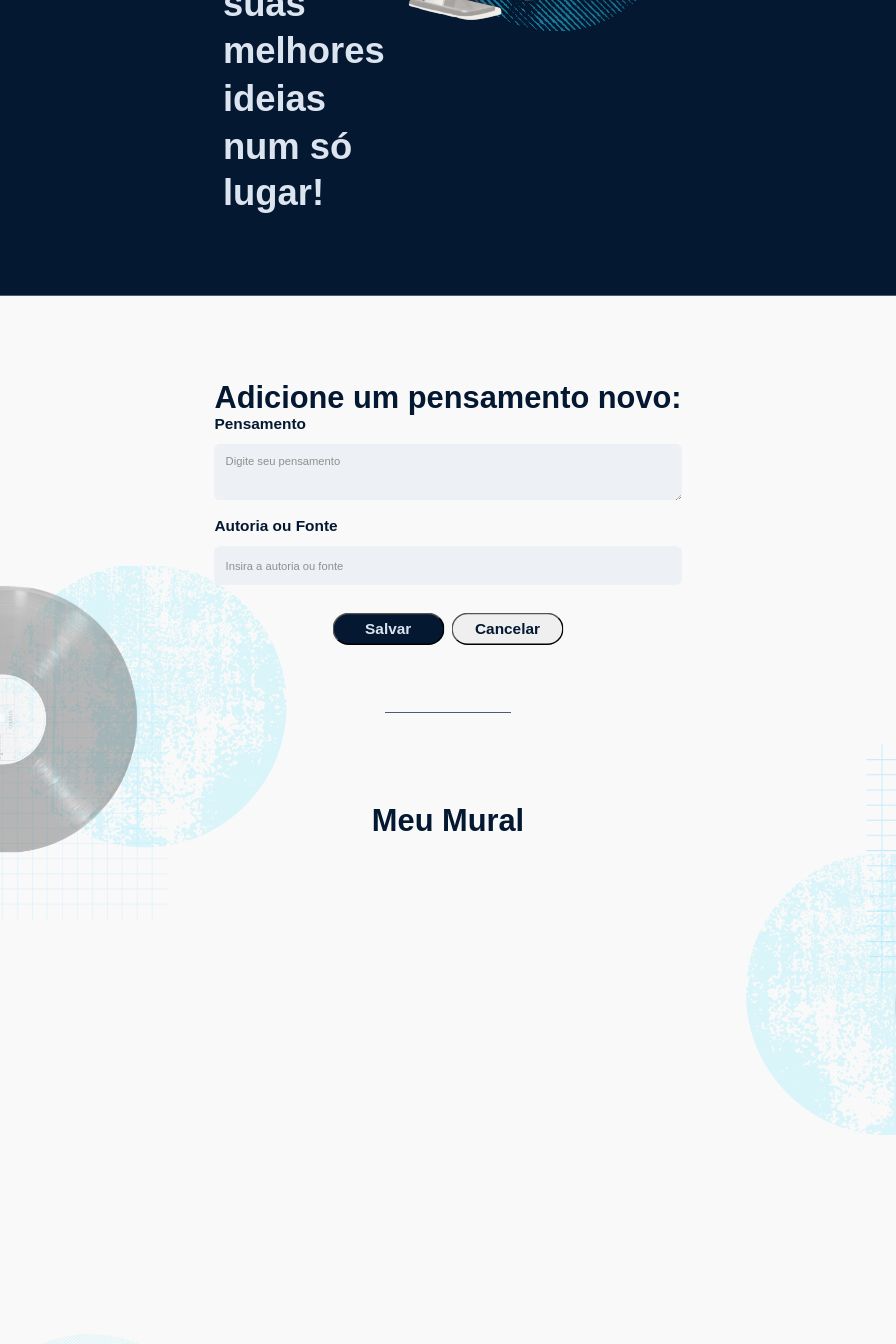
Repository: joaoPraiaJunior/crud_js
Page: index.html
An editor plug-in stored every save of this project. The page is shown before and after the next save, followed by the edit.
The browser window is 1280 px wide. The pictures show the part of the page from y = 668 to 2588 px (the page is 3182 px tall), at 70% of full size.
The page's requests for data from a server got no answer.

Above is the page before, as saved 2024-09-22 13:51:12.

After the next save:
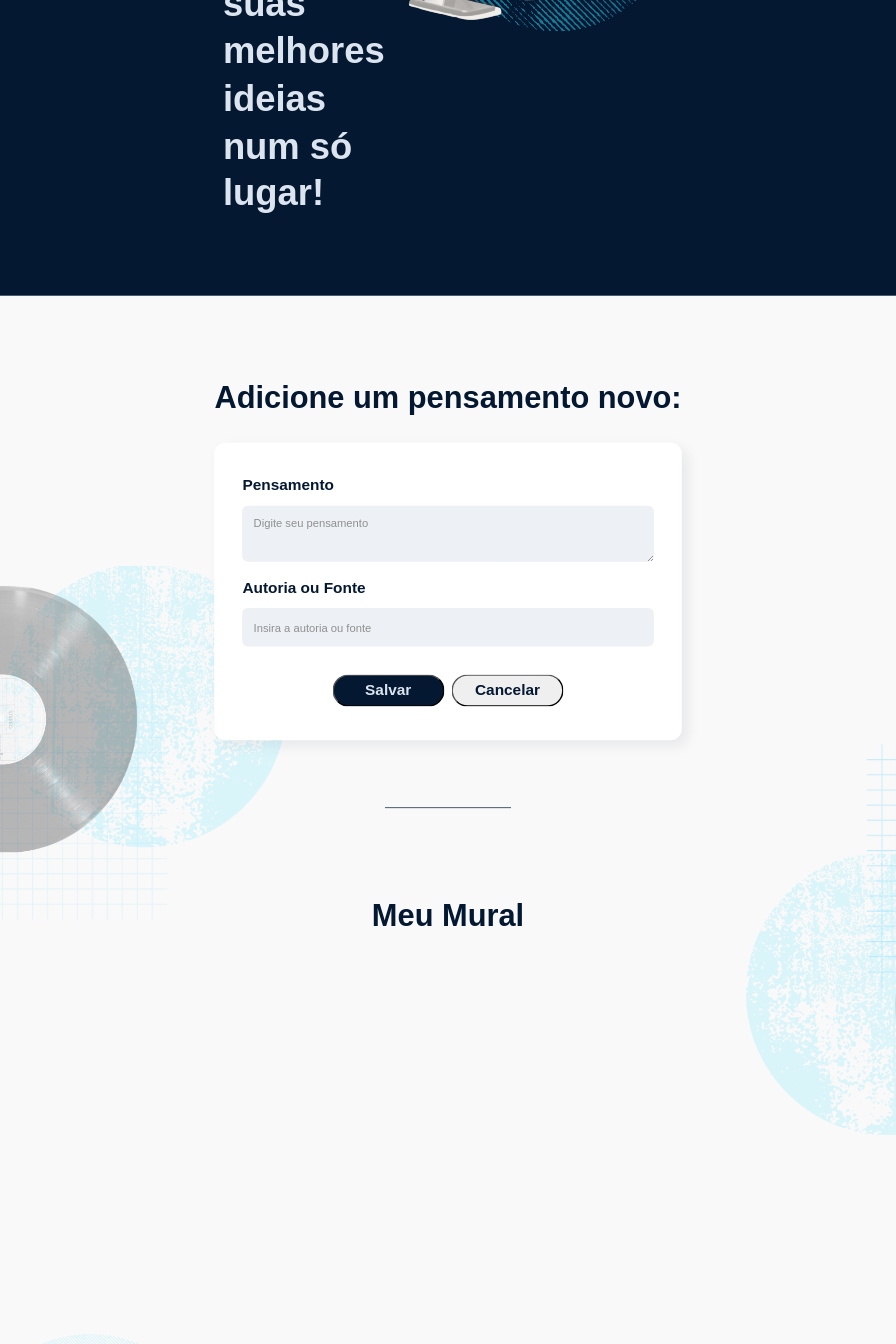
Saved 49 s later.
--- a/index.html
+++ b/index.html
@@ -30,6 +30,7 @@
 			<div class="overlay overlay-color"></div>
 			<section>
 				<h2>Adicione um pensamento novo:</h2>
+        <div id="form-container">
 				<form id="pensamento-form" data-js="formulario">
 					<input type="hidden" id="pensamento-id" name="id" />
 					<label for="pensamento-conteudo">Pensamento</label>
@@ -40,7 +41,9 @@
 						<button type="submit" id="botao-salvar">Salvar</button>
 						<button type="reset" id="botao-cancelar" data-js="botao-resetar-formulario">Cancelar</button>
 					</div>
+          </form>
 				</form>
+        </div>
 			</section>
 			<span></span>
 			<section id="lista-pensamentos-container">
